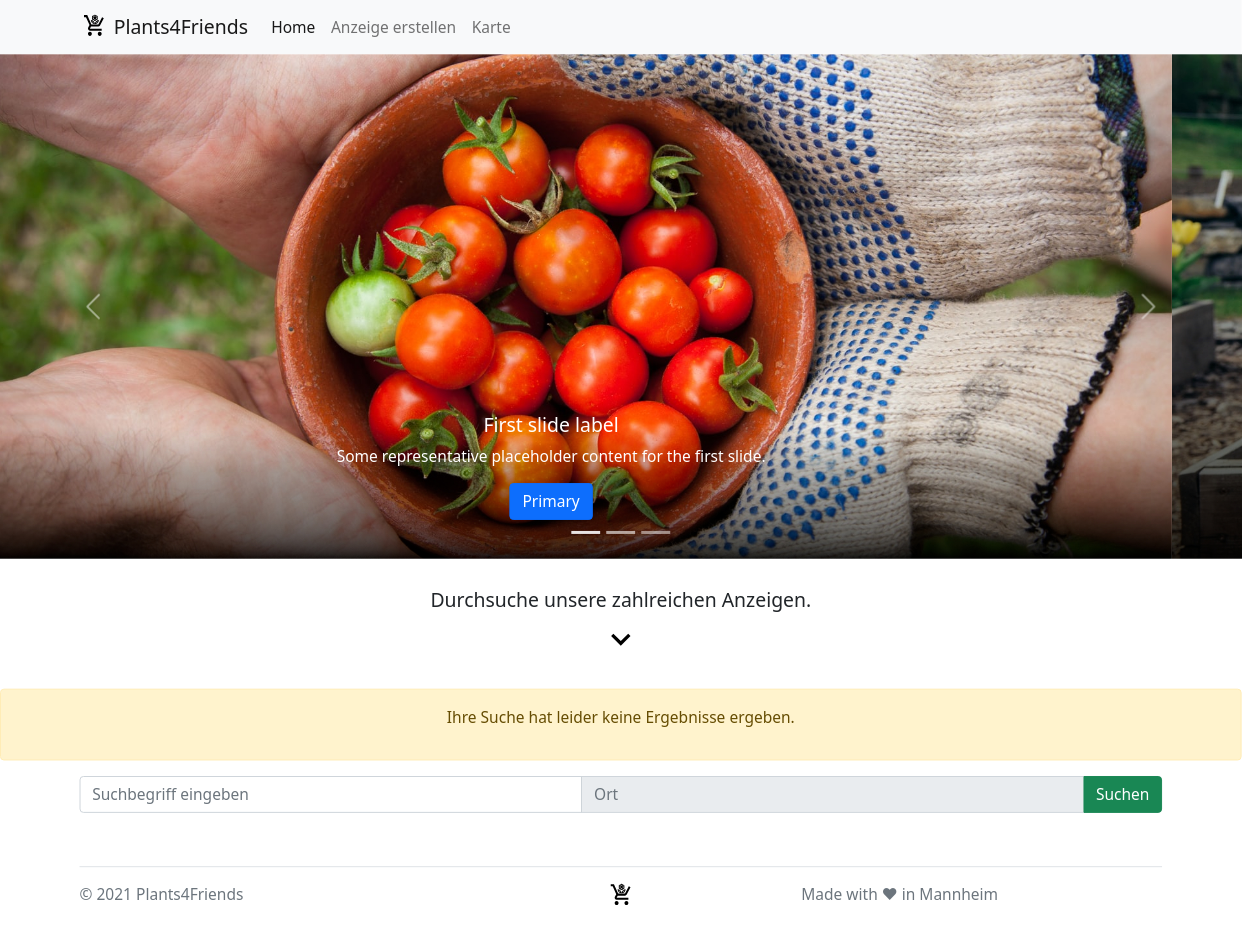
Repository: Carlson43/PlantsForFriends
Page: Website/index.html
The author's editor kept a copy of each file at every save. The page is drawn from the files as they stood at one save, then again after the next save.
The browser window is 1280 px wide. The pictures show the whole page, at 97% of full size.

Above is the page before, as saved 2022-01-13 14:01:58.

After the next save:
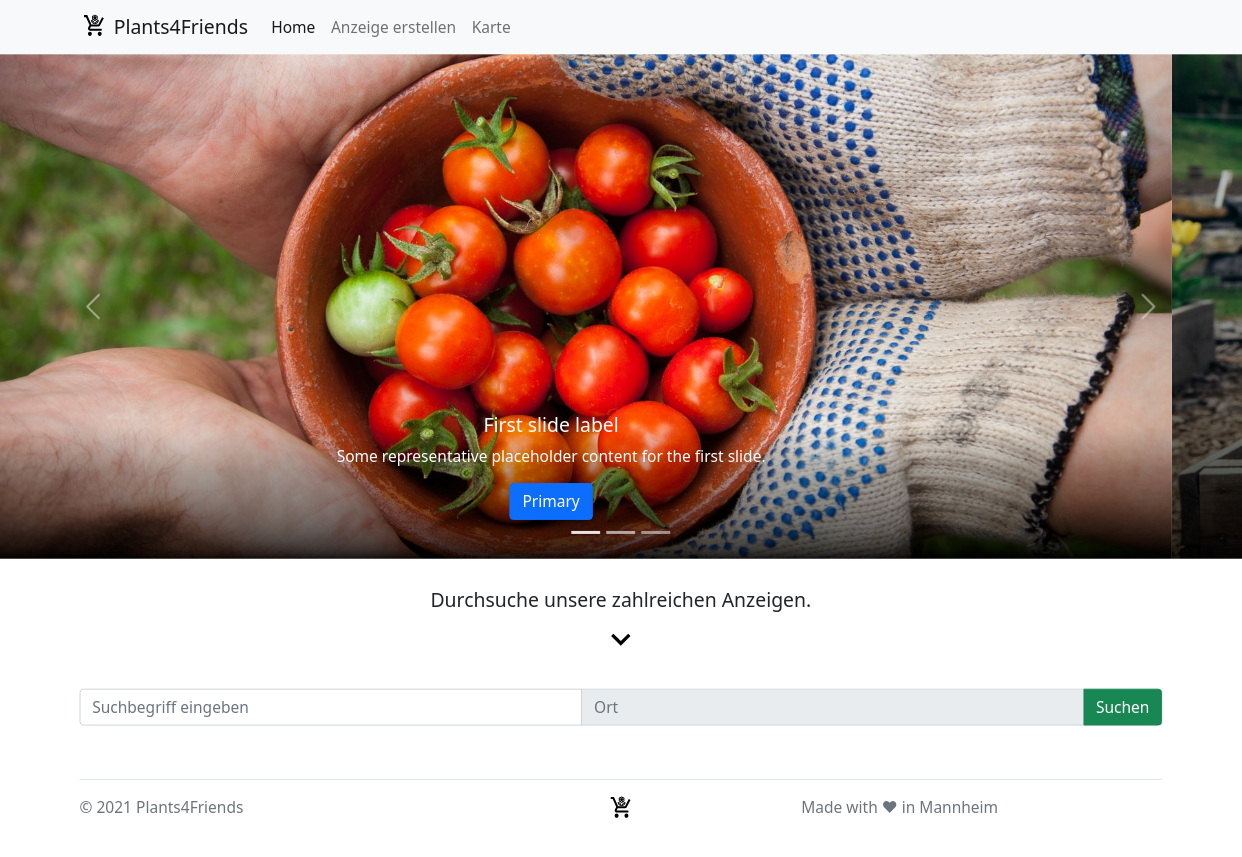
Saved 5 s later.
--- a/Website/index.html
+++ b/Website/index.html
@@ -320,7 +320,7 @@
   </body>
 
 <script>
-search_not_found()
+
 </script>
 
 </html>
